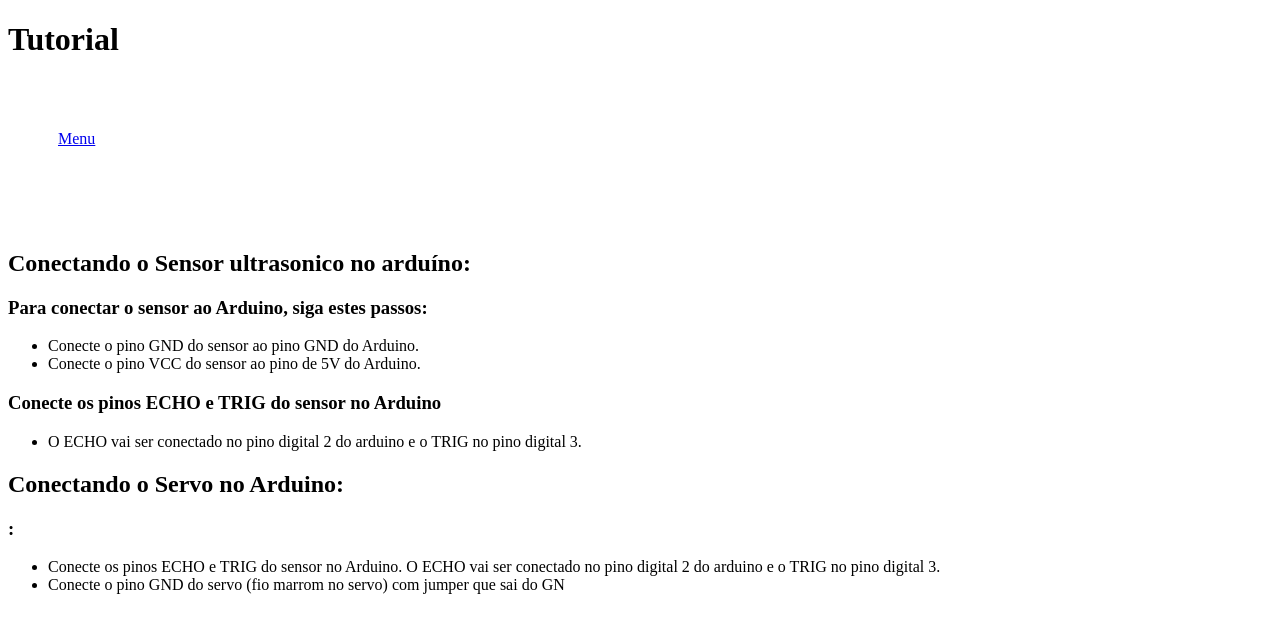
Repository: Eito2511/Site-tutorial-arduino
Page: tutorial.html
An editor plug-in stored every save of this project. The page is shown before and after the next save, followed by the edit.
The browser window is 1280 px wide. The pictures show the whole page.

Above is the page before, as saved 2025-06-03 18:30:55.

### tutorial.html
<!DOCTYPE html>
<html lang="en">
  <head>
    <meta charset="UTF-8" />
    <meta name="viewport" content="width=device-width, initial-scale=1.0" />
    <title>Tutorial</title>
  </head>
  <body>
    <header>
      <h1 class="titulo">Tutorial</h1>
    </header>

    <section style="height: 50px; padding: 50px">
      <a href="index.html" class="btn">Menu</a>
    </section>

    <div>
      <h2>Conectando o Sensor ultrasonico no arduíno:</h1>
      <h3>Para conectar o sensor ao Arduino, siga estes passos:</h2>
      <ul>
        <li>Conecte o pino GND do sensor ao pino GND do Arduino.</li>
        <li>Conecte o pino VCC do sensor ao pino de 5V do Arduino.</li>
      </ul>
      <h3>Conecte os pinos ECHO e TRIG do sensor no Arduino</h3>
      <ul>
        <li>O ECHO vai ser conectado no pino digital 2 do arduino e o TRIG no pino digital 3.</li>
      </ul>
    </div>

    <div>
      <h2>Conectando o Servo no Arduino:</h2>
      <h3>:</h3>
      <ul>
        <li>
          Conecte os pinos ECHO e TRIG do sensor no Arduino. O ECHO vai ser
          conectado no pino digital 2 do arduino e o TRIG no pino digital 3.
        </li>
        <li>
         Conecte o pino GND do servo (fio marrom no servo) com jumper que sai
 do GN
        </li>
      </ul>
    </div>


  </body>
</html>

After the next save:
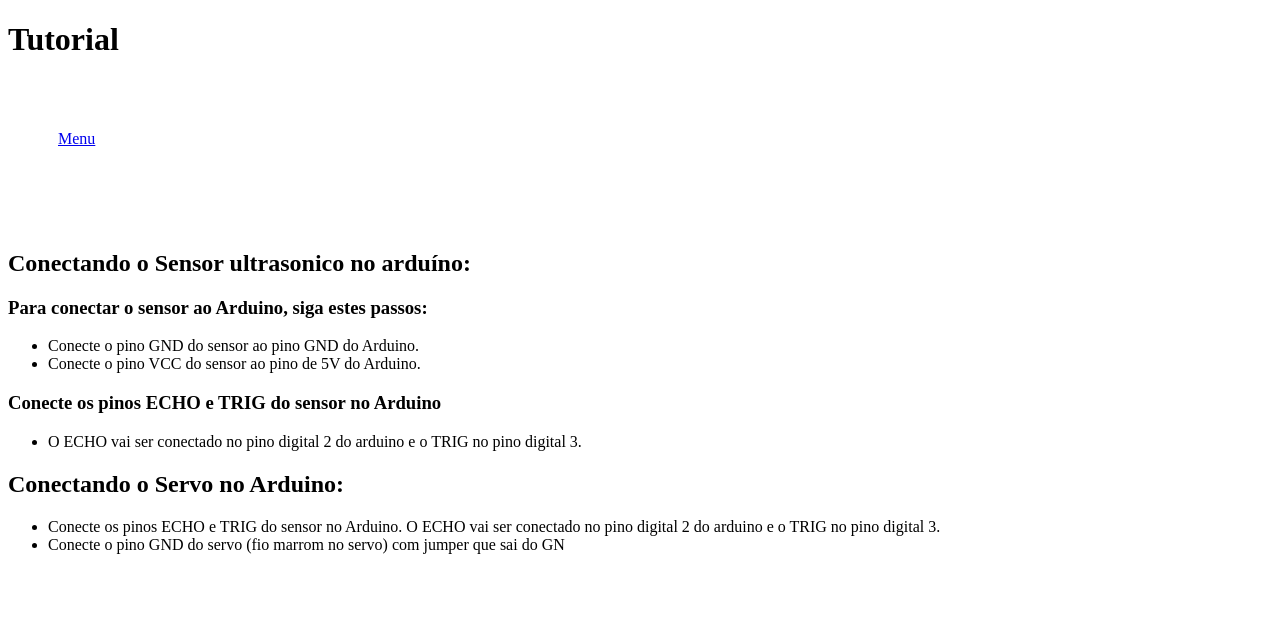
Saved 62 s later.
--- a/tutorial.html
+++ b/tutorial.html
@@ -29,7 +29,6 @@
 
     <div>
       <h2>Conectando o Servo no Arduino:</h2>
-      <h3>:</h3>
       <ul>
         <li>
           Conecte os pinos ECHO e TRIG do sensor no Arduino. O ECHO vai ser
